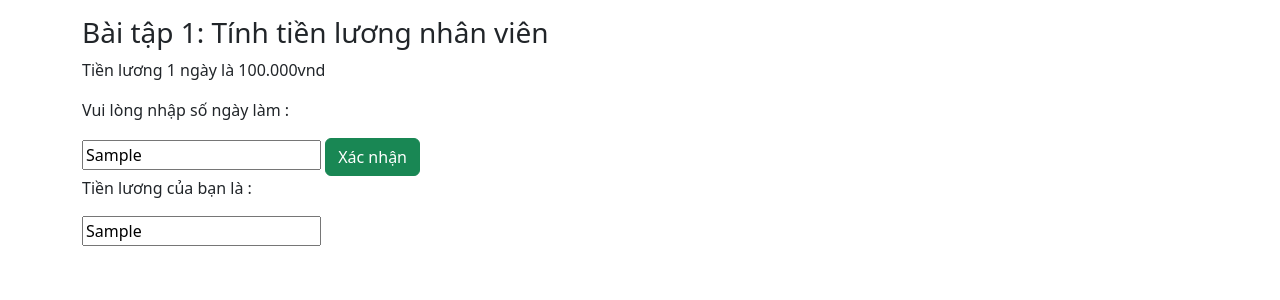
Repository: hcozyph/TranHuuPhuoc_BC43_BT_JS_Buoi2
Page: index.html
These files come from the project's save history. The page is drawn as it stood at one moment and after the next save; the edit follows.
The browser window is 1280 px wide. The pictures show the whole page.
Empty fields were first filled with sample values (such as "Sample", 5 or name@example.com).
After loading, the first visible `#btnXacNhan` was clicked once.

Above is the page before, as saved 2023-01-21 20:41:45.

### index.html
<!DOCTYPE html>
<html lang="en">
    <head>
        <title>BT JS - Buoi 1</title>
        <!-- Required meta tags -->
        <meta charset="utf-8" />
        <meta
            name="viewport"
            content="width=device-width, initial-scale=1, shrink-to-fit=no"
        />

        <!-- Bootstrap CSS v5.2.1 -->
        <link
            href="https://cdn.jsdelivr.net/npm/bootstrap@5.2.1/dist/css/bootstrap.min.css"
            rel="stylesheet"
            integrity="sha384-iYQeCzEYFbKjA/T2uDLTpkwGzCiq6soy8tYaI1GyVh/UjpbCx/TYkiZhlZB6+fzT"
            crossorigin="anonymous"
        />

        <!-- FontAwesome 6.2.0 CSS -->
        <link
            rel="stylesheet"
            href="https://cdnjs.cloudflare.com/ajax/libs/font-awesome/6.2.0/css/all.min.css"
            integrity="sha512-xh6O/CkQoPOWDdYTDqeRdPCVd1SpvCA9XXcUnZS2FmJNp1coAFzvtCN9BmamE+4aHK8yyUHUSCcJHgXloTyT2A=="
            crossorigin="anonymous"
            referrerpolicy="no-referrer"
        />

        <!-- index.css -->
        <link rel="stylesheet" href="./style/index.css" />
    </head>

    <body>
        <div class="container">
            <div>
                <h1 class="fs-3 mt-3">Bài tập 1: Tính tiền lương nhân viên</h1>
                <p>Tiền lương 1 ngày là 100.000vnd</p>
                <p>Vui lòng nhập số ngày làm :</p>
                <input type="text" id="soNgayLam" />
                <button
                    class="btn btn-success"
                    id="btnXacNhan"
                    onclick="inputSoNgayLam()"
                >
                    Xác nhận
                </button>
                <p>Tiền lương của bạn là :</p>
                <input type="text" id="result" />
            </div>
        </div>

        <!-- Bootstrap JavaScript Libraries -->
        <script
            src="https://cdn.jsdelivr.net/npm/@popperjs/core@2.11.6/dist/umd/popper.min.js"
            integrity="sha384-oBqDVmMz9ATKxIep9tiCxS/Z9fNfEXiDAYTujMAeBAsjFuCZSmKbSSUnQlmh/jp3"
            crossorigin="anonymous"
        ></script>

        <script
            src="https://cdn.jsdelivr.net/npm/bootstrap@5.2.1/dist/js/bootstrap.min.js"
            integrity="sha384-7VPbUDkoPSGFnVtYi0QogXtr74QeVeeIs99Qfg5YCF+TidwNdjvaKZX19NZ/e6oz"
            crossorigin="anonymous"
        ></script>

        <!-- index.js -->
        <script src="./index.js"></script>
    </body>
</html>

### index.js

function inputSoNgayLam () {
    //input
    var soNgayLam = document.getElementById('soNgayLam').value;
    var luongMotNgay = 100000;
    //output
    var result = 0;

    var tienLuong = parseInt(soNgayLam) * parseInt(luongMotNgay);
}

Loaded but not shown: style/index.css (no stored copy; drawn as an empty file)

After the next save:
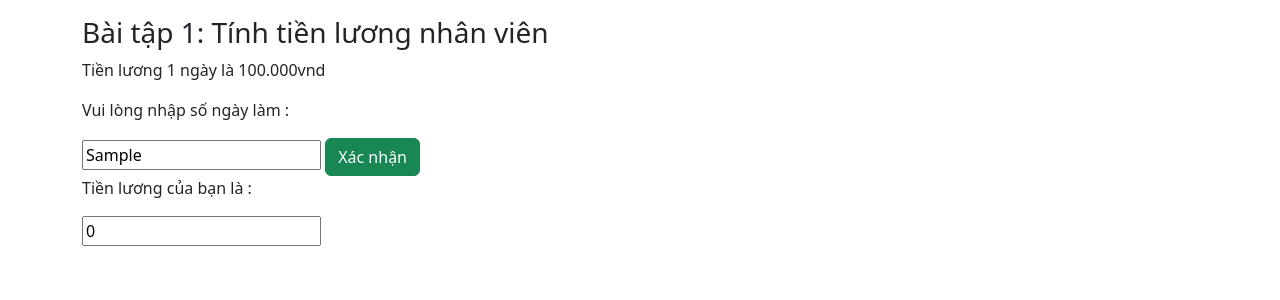
Saved 60 s later.
--- a/index.js
+++ b/index.js
@@ -7,4 +7,6 @@ function inputSoNgayLam () {
     var result = 0;
 
     var tienLuong = parseInt(soNgayLam) * parseInt(luongMotNgay);
+
+    document.getElementById('result').value = result;
 }
